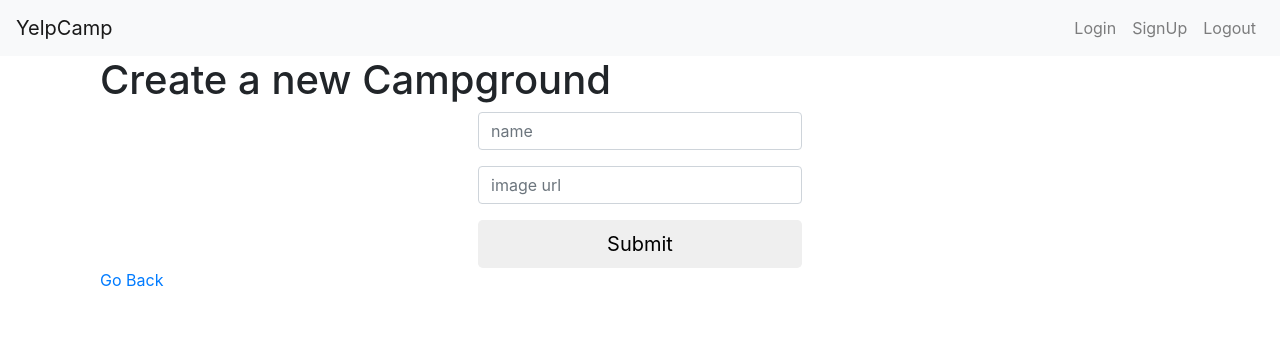
Repository: ninad1999/Yelp-Camp
Page: http://localhost/campgrounds/new
The author's editor kept a record of every edit. The page is drawn from the files as they stood at one moment, then again after the next edit.
The browser window is 1280 px wide. The pictures show the whole page.
The page is served by the project's Node server (V1/app.js).

Above is the page before.

### workspace/V1/views/new.ejs
<% include partials/header %>

<div class="container">
    <div class="col-md-12">
        <h1>Create a new Campground</h1>
        <div style="width: 30%; margin: 0 auto">
            <form action="/campgrounds" method="POST">
                <div class="form-group">
                    <input class="form-control" type="text" name="name" placeholder="name">
                </div>
                <div class="form-group">
                    <input class="form-control" type="text" name="image" placeholder="image url">
                </div>
                <div class="form=group">
                    <button class="btn btn-lg btn-default btn-block">Submit</button>
                </div>
            </form>
        </div>

        <a href="/campgrounds">Go Back</a>
    </div>
</div>

<% include partials/footer %>

### workspace/V1/views/partials/header.ejs
<!DOCTYPE html>
<html>
    <head>
        <title>YelpCamp</title>
        <link rel="stylesheet" href="https://stackpath.bootstrapcdn.com/bootstrap/4.1.3/css/bootstrap.min.css">
    </head>
    <body>
        <nav class="navbar navbar-expand-lg navbar-light bg-light">
          <a class="navbar-brand" href="\">YelpCamp</a>
          <button class="navbar-toggler" type="button" data-toggle="collapse" data-target="#navbarSupportedContent" aria-controls="navbarSupportedContent" aria-expanded="false" aria-label="Toggle navigation">
            <span class="navbar-toggler-icon"></span>
          </button>

          <div class="collapse navbar-collapse" id="navbarSupportedContent">
            <ul class="navbar-nav mr-auto">
            </ul>
            <ul class="navbar-nav navbar-right">
                <li class="nav-item">
                    <a class="nav-link" href="#">Login</a>
                </li>
                <li class="nav-item">
                    <a class="nav-link" href="#">SignUp</a>
                </li>
                <li class="nav-item">
                    <a class="nav-link" href="#">Logout</a>
                </li>
            </ul>
          </div>
        </nav>

### workspace/V1/app.js
var express = require("express");
var app = express();
var bodyParser = require("body-parser");

app.use(bodyParser.urlencoded({extended: true}));
app.set("view engine", "ejs");

var campgrounds = [
   {name: "Salmon Creek", image: "https://farm8.staticflickr.com/7564/16034358725_fe2dde7f2e.jpg"},
   {name: "Granite Hill", image: "https://farm4.staticflickr.com/3146/2980811752_4b0df9d215.jpg"},
   {name: "Mountain Goat's Rest", image: "https://farm4.staticflickr.com/3832/9603531635_e348167e39.jpg"},
   {name: "Salmon Creek", image: "https://farm8.staticflickr.com/7564/16034358725_fe2dde7f2e.jpg"},
   {name: "Granite Hill", image: "https://farm4.staticflickr.com/3146/2980811752_4b0df9d215.jpg"},
   {name: "Mountain Goat's Rest", image: "https://farm4.staticflickr.com/3832/9603531635_e348167e39.jpg"},
   {name: "Salmon Creek", image: "https://farm8.staticflickr.com/7564/16034358725_fe2dde7f2e.jpg"},
   {name: "Granite Hill", image: "https://farm4.staticflickr.com/3146/2980811752_4b0df9d215.jpg"},
   {name: "Mountain Goat's Rest", image: "https://farm4.staticflickr.com/3832/9603531635_e348167e39.jpg"}
   ];

app.get("/", function(req, res) {
   res.render("landing");
});

// to diplay all the campgrounds
app.get("/campgrounds", function(req, res) {
    res.render("campgrounds", {campgrounds: campgrounds});
});

// post route where you can create a new campgrounds
app.post("/campgrounds", function(req, res) {
   var name = req.body.name;
   var image = req.body.image;
   var newCampground = {name:name, image:image};
   campgrounds.push(newCampground);

   res.redirect("/campgrounds");
});

// this route should show the route that will send the data to the post route
app.get("/campgrounds/new", function(req, res) {
    res.render("new");
});

app.listen(process.env.PORT, process.env.IP, function() {
    console.log("The YelpCamp server has started!");
});

Loaded but not shown: workspace/V1/views/partials/footer.ejs (common file)

After the next edit:
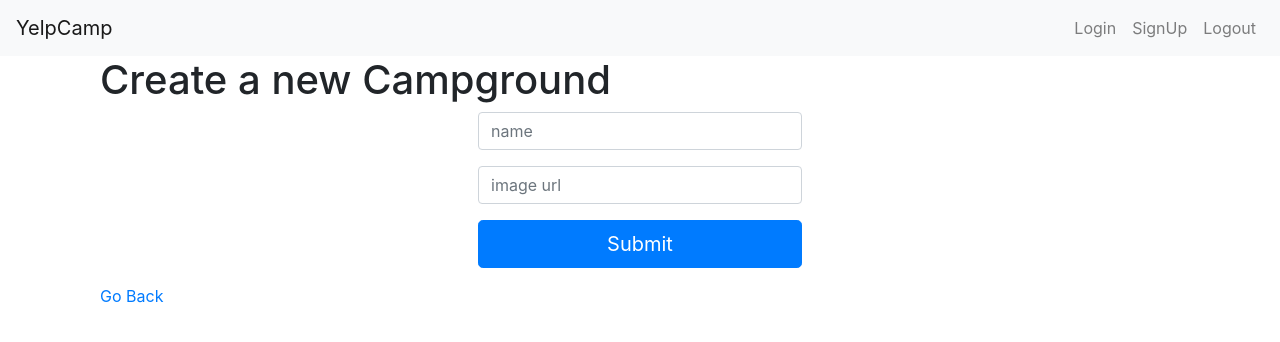
The edit:
--- a/workspace/V1/views/new.ejs
+++ b/workspace/V1/views/new.ejs
@@ -11,8 +11,8 @@
                 <div class="form-group">
                     <input class="form-control" type="text" name="image" placeholder="image url">
                 </div>
-                <div class="form=group">
-                    <button class="btn btn-lg btn-default btn-block">Submit</button>
+                <div class="form-group">
+                    <button class="btn btn-lg btn-primary btn-block">Submit</button>
                 </div>
             </form>
         </div>
